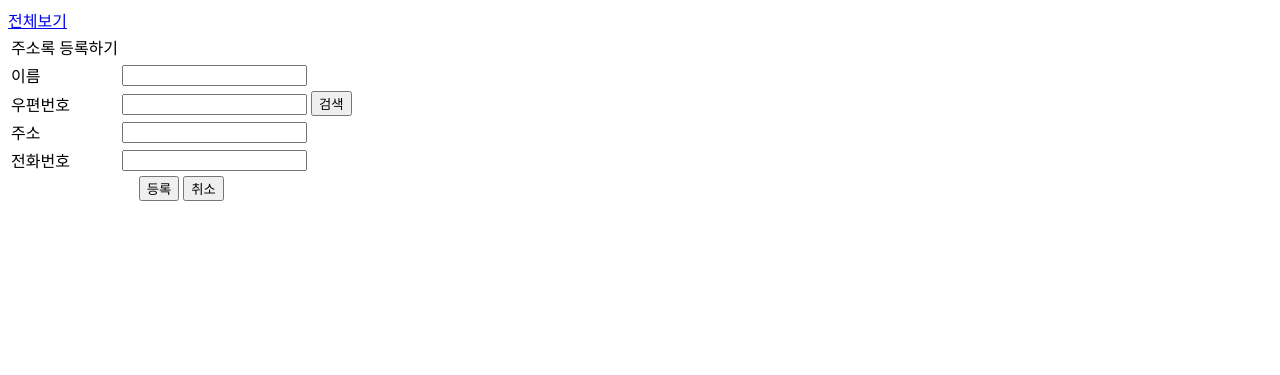
Repository: yubeens/JSP
Page: http://localhost/JSP_Project/jQueryAddress/insert.jsp
An editor plug-in stored every save of this project. The page is shown before and after the next save, followed by the edit.
The browser window is 1280 px wide. The pictures show the whole page.
The page is served by Tomcat 9. Other server files are loaded and not shown.

Above is the page before, as saved 2025-02-28 01:10:44.

### JSP_Project/src/main/webapp/jQueryAddress/insert.jsp
<%@ page language="java" contentType="text/html; charset=UTF-8"
    pageEncoding="UTF-8"%>
<!DOCTYPE html>
<html>
<head>
<meta charset="UTF-8">
<title>Insert title here</title>
</head>
<body>
<a href=#>전체보기</a>
<form action="insert_process.jsp" method="post">
        <table>
        	<tr>
        		<td>주소록 등록하기</td>
            <tr>
                <td>이름</td>
                <td><input type="text" name="name"></td>
            </tr>
            <tr>
                <td>우편번호</td>
                <td>
                    <input type="text" name="zipcode">
                    <button type="button">검색</button>
                </td>
            </tr>
            <tr>
                <td>주소</td>
                <td><input type="text" name="address"></td>
            </tr>
            <tr>
                <td>전화번호</td>
                <td><input type="text" name="phone"></td>
            </tr>
            <tr>
                <td colspan="2" align="center">
                    <button type="submit">등록</button>
                    <button type="reset">취소</button>
                </td>
            </tr>
        </table>
    </form>

</body>
</html>

After the next save:
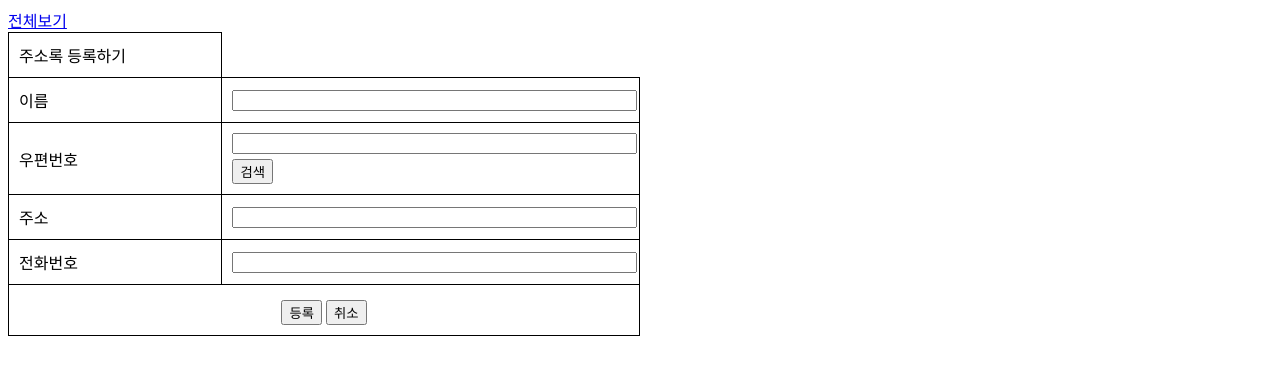
Saved 41 s later.
--- a/JSP_Project/src/main/webapp/jQueryAddress/insert.jsp
+++ b/JSP_Project/src/main/webapp/jQueryAddress/insert.jsp
@@ -5,7 +5,24 @@
 <head>
 <meta charset="UTF-8">
 <title>Insert title here</title>
+<style>
+        table {
+            border-collapse: collapse;
+            width: 50%;
+        }
+        th, td {
+            border: 1px solid black;
+            padding: 10px;
+        }
+        input[type="text"] {
+            width: 100%;
+        }
+        button {
+            margin-top: 5px;
+        }
+    </style>
 </head>
+
 <body>
 <a href=#>전체보기</a>
 <form action="insert_process.jsp" method="post">
